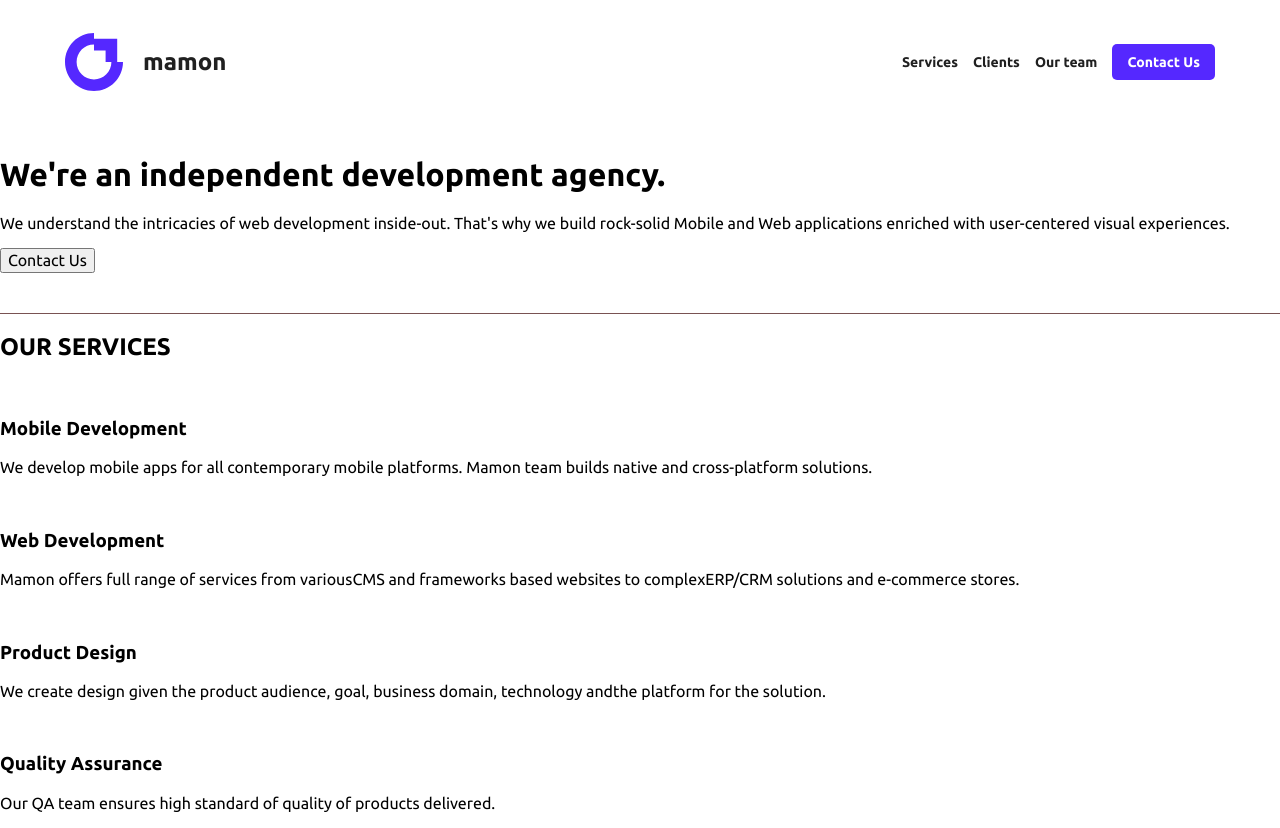
Repository: Vitalii23081984/testHGC
Page: index.html
An editor plug-in stored every save of this project. The page is shown before and after the next save, followed by the edit.
The browser window is 1280 px wide. The pictures show the whole page.

Above is the page before, as saved 2022-11-20 11:57:05.

### index.html
<!DOCTYPE html>
<html lang="en">
<head>
    <meta charset="UTF-8">
    <meta http-equiv="X-UA-Compatible" content="IE=edge">
    <meta name="viewport" content="width=device-width, initial-scale=1.0">
    <title>Mamon</title>
    <link href="https://fonts.googleapis.com/css2?family=Ubuntu:wght@300;400;700&display=swap" rel="stylesheet">
    <link rel="stylesheet" href="https://cdnjs.cloudflare.com/ajax/libs/normalize/8.0.1/normalize.css">
    <link rel="stylesheet" href="css/style.css">
</head>
<body>
    <header>
        <div class="header">
            <a href="" class="logo">
                <span class="logo_img"></span>
                <span class="logo_text">mamon</span></a>
            <nav>
                <ul class="nav">
                    <li><a href="">Services</a></li>
                    <li><a href="">Clients</a></li>
                    <li><a href="">Our team</a></li>
                    <li><button class="nav_btn" type="button">Contact Us</button></li>
                </ul>
            </nav>
        </div>

    </header>
    <div class="page">
        <div class="wrap">
            <h1>We're an independent development agency.</h1>
            <p>We understand the intricacies of web development inside-out. That's why we build rock-solid Mobile and Web applications enriched with user-centered visual experiences.</p>
            <button type="button">Contact Us</button>
        </div>
    </div>
    <div class="page-top">
        <div class="wrap">
            <h2>OUR SERVICES</h2>
            <div class="services">
                <div class="service-item">
                    <img src="" alt="">
                    <div>
                        <h3>Mobile Development</h3>
                        <p>We develop mobile apps for all contemporary mobile platforms. Mamon team builds native and cross-platform solutions.</p>
                    </div>
                </div>
                <div class="service-item">
                    <img src="" alt="">
                    <div>
                        <h3>Web Development</h3>
                        <p>Mamon offers full range of services from variousCMS and frameworks based websites to complexERP/CRM solutions and e-commerce stores.</p>
                    </div>
                </div>
                <div class="service-item">
                    <img src="" alt="">
                    <div>
                        <h3>Product Design</h3>
                        <p>We create design given the product audience, goal, business domain, technology andthe platform for the solution.</p>
                    </div>
                </div>
                <div class="service-item">
                    <img src="" alt="">
                    <div>
                        <h3>Quality Assurance</h3>
                        <p> Our QA team ensures high standard of quality of products delivered.</p>
                    </div>
                </div>

            </div>
        </div>

    </div>

</body>
</html>

### css/style.css
body {
    font-family: 'Ubuntu', sans-serif;

}
.header {
    width: 100%;
    max-width: 1180px;
    margin: 0 auto;
    padding-left: 15px;
    padding-right: 15px;
    padding-top: 30px;
    display: flex;
    justify-content: space-between;
    align-items: center;
    box-sizing: border-box;
    font-weight: 700;
}
.nav {
    list-style-type: none;
    display: flex;
    justify-content: flex-start;
    align-items: center;
    font-size: 14px;

}
.nav>li {
    margin-left: 15px;
}
.nav>li>a {
    text-decoration: none;
    color: #202020;
}
.nav_btn {
    background-color: #5528FF;
    border-radius: 5px;
    padding: 10px 15px;
    color: white;
    border: none;
    font-weight: 700;
}
.logo {
    display: flex;
    align-items: center;
    text-decoration: none;
}
.logo_img {
    display: block;
    width: 58px;
    height: 58px;
    background-image: url(../img/logo.svg);
    margin-right: 20px;
}
.logo_text {
    font-size: 24px;
    color: #202020;

}
.page {
    padding-top: 40px;
    padding-bottom: 40px;
}
.page-top {
    border-top: 1px solid #795252;
}

After the next save:
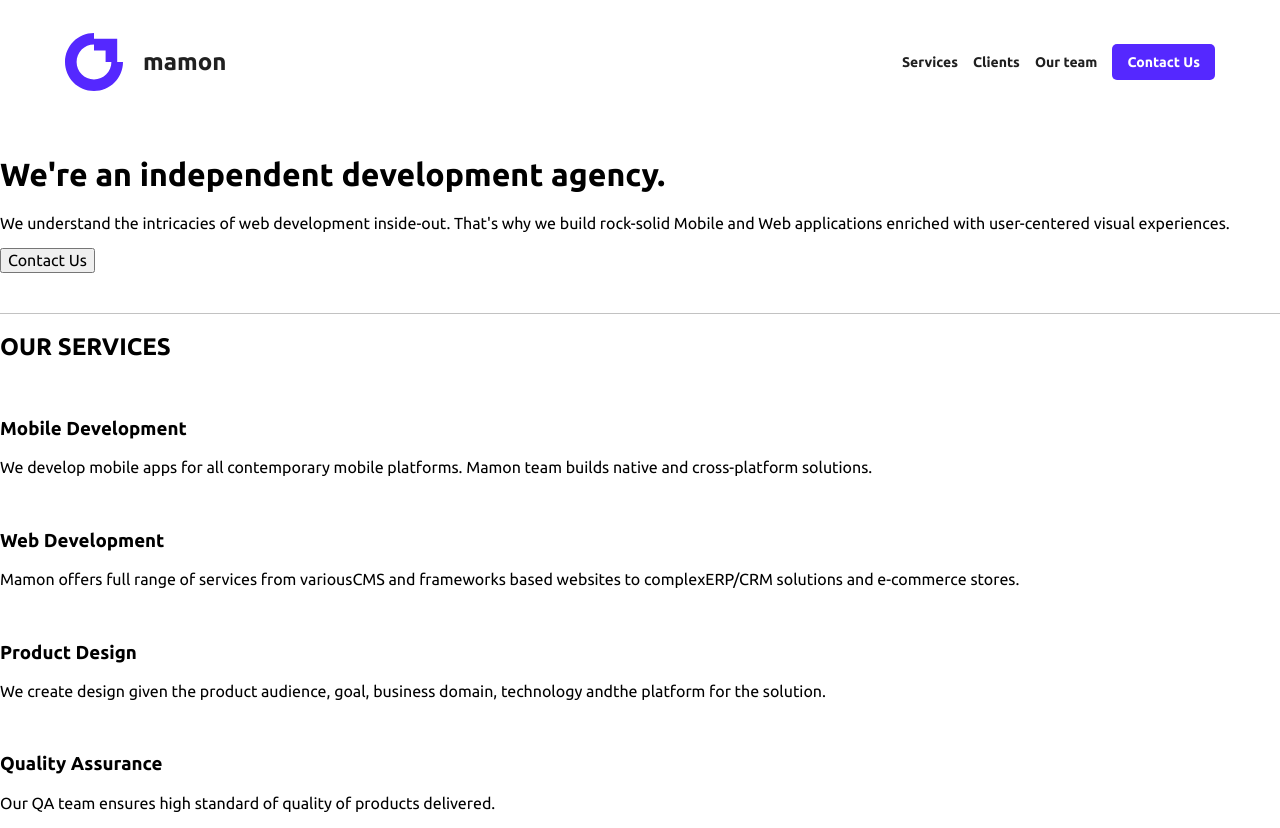
Saved 68 s later.
--- a/css/style.css
+++ b/css/style.css
@@ -60,5 +60,5 @@
     padding-bottom: 40px;
 }
 .page-top {
-    border-top: 1px solid #795252;
+    border-top: 1px solid #c2c2c2;
 }
